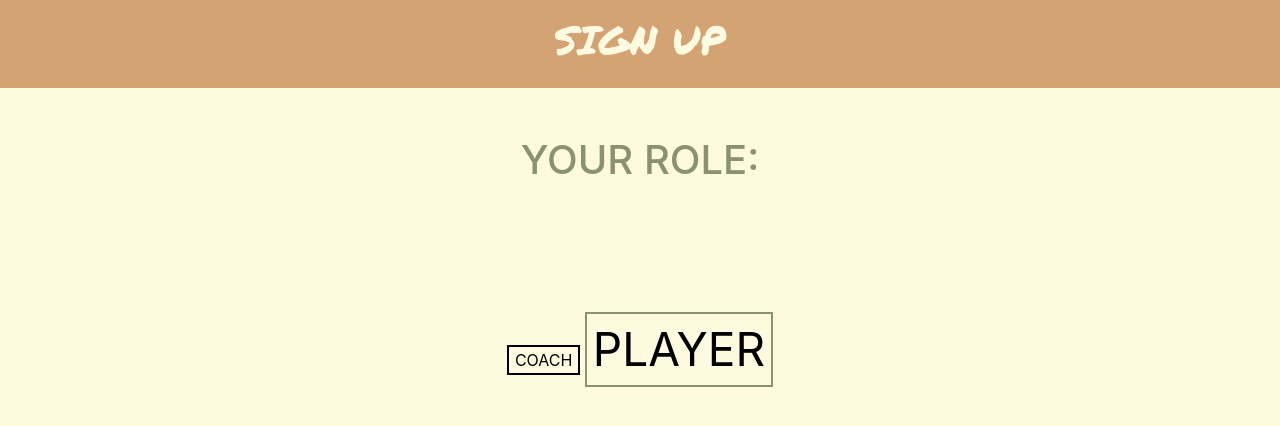
Repository: Aryaholmukhe/treasureHacks
Page: http://localhost/signup
These files come from the project's save history. The page is drawn as it stood at one moment and after a run of saves; the edit follows.
The browser window is 1280 px wide. The pictures show the whole page.
The page is served by the project's Node server (server.js).

Above is the page before, as saved 2022-03-27 00:31:16.

### views/signup/signup.ejs
<html lang="en">
<head>
    <meta charset="UTF-8">
    <meta http-equiv="X-UA-Compatible" content="IE=edge">
    <meta name="viewport" content="width=device-width, initial-scale=1.0">
    <link rel="stylesheet" href="https://cdn.jsdelivr.net/npm/bootstrap@4.6.1/dist/css/bootstrap.min.css">
    <script src="https://cdn.jsdelivr.net/npm/jquery@3.6.0/dist/jquery.slim.min.js"></script>
    <script src="https://cdn.jsdelivr.net/npm/popper.js@1.16.1/dist/umd/popper.min.js"></script>
    <script src="https://cdn.jsdelivr.net/npm/bootstrap@4.6.1/dist/js/bootstrap.bundle.min.js"></script>
    <link rel="preconnect" href="https://fonts.googleapis.com">
    <link rel="preconnect" href="https://fonts.gstatic.com" crossorigin>
    <link href="https://fonts.googleapis.com/css2?family=Permanent+Marker&display=swap" rel="stylesheet">
    <title>SIGN UP</title>
</head>
<body style="background-color: #FEFAE0">
    <div class="pt-3 pb-3" style="background-color: #D4A373; font-family: 'Permanent Marker', cursive; color: #FEFAE0">
        <h1 class="text-center">SIGN UP</h1>
    </div>

    <h1 class="text-center mt-5" style="color: #8A926F">YOUR ROLE:</h1>

    <div class="text-center" style="margin-top: 10%">
    <a href="./coach" ><button style="color: font-size: 46px; border: 2px solid ; background-color: transparent; background-color: transparent" name="coach">COACH</button></a>
    <a  href="./player"><button style="font-size: 46px; border: 2px solid #8A926F; background-color: transparent" name="player">PLAYER</button></a>
    </div>

</body>
</html>

### server.js
//jshint esversion:6

const express = require("express");
const bodyParser = require("body-parser");
const mongoose = require("mongoose");
const _ = require("lodash");
const { join } = require("path");
require("dotenv").config();
const app = express();

// TWILIO STUFF

const accountSID = process.env.ACCOUNT_SID;
const authToken = process.env.AUTH_TOKEN;

const client = require('twilio')(accountSID, authToken);


app.set('view engine', 'ejs');

app.use(bodyParser.urlencoded({ extended: true }));
app.use(express.static("public"));

app.get("/auth_config.json", (req, res) => {
    res.sendFile(join(__dirname, "/auth_config.json"));
})

// for each team member
mongoose.connect("mongodb://localhost:27017/teamMembersDB", { useNewUrlParser: true });

const membersSchema = new mongoose.Schema({
    name: String,
    role: String,
    age: Number,
    email: String,
    phone: String,
    progress: []
});

let members = [];
let progressArr = []

const Member = mongoose.model("Member", membersSchema);

// to identify teams
const teamSchema = new mongoose.Schema({
    coachName: String,
    team: [{ name: String }, { sport: String }]
})

const progressSchema = new mongoose.Schema({
    progress: []
})
const Team = mongoose.model("Team", teamSchema);
const Progress = mongoose.model("Progress", progressSchema)
// When no members are present
const noMember = new Member({
    name: "No members yet"
})
const noProgress = new Progress({
    progress: ["No progress yet, add some"]
})


// get requests

app.get("/signup", (req, res) => {
    res.render("signup/signup")
})
let person = "";
app.get("/coach", (req, res) => {
    person = "Coach"
    res.render("signup/coach");
})

app.get("/player", (req, res) => {
    person = "Team Member"
    res.render("signup/player")
})

app.get("/", (req, res) => {
    Member.find({}, function (err, foundMembers) {

        if (foundMembers.length === 0) {
            members.push(noMember)
            Member.insertMany(members, function (err) {
                if (err) {
                    console.log(err);
                } else {
                    console.log("Successfully saved members to DB.");
                }
            });
            // res.redirect("/");
        } else {
            Member.deleteOne({ "name": "No members yet" }, (err, person) => {
                if (err) return handleError(err);
            })
            res.render('index', { allMembers: foundMembers, person: person })
        }
    });
})

app.get("/:personName", function (req, res) {
    const personName = _.capitalize(req.params.personName);

    Member.findById(personName, (err, per) => {
        if (!err) {
              console.log(per)
            res.render('account', { personInfo: per});
        } else {
            console.log(err)
        }
    })
});


// post requests


app.post("/", (req, res) => {

    const playerName = req.body.newPlayer;
    const role = req.body.newRole;
    const age = req.body.age;
    const phoneNumber = req.body.phoneNumber;
    const player = new Member({
        name: playerName,
        role: role,
        age: age,
        phone: phoneNumber
    })
    player.save();
    res.redirect("/")
})

app.post("/delete", function (req, res) {
    const checkedItemId = req.body.checkbox;

    Member.findByIdAndRemove(checkedItemId, function (err) {
        if (!err) {
            console.log("Successfully deleted checked item.");
            res.redirect("/");
        } else {
            console.log(err)
        }
    });


});

app.post("/coach", (req, res) => {
    const coachName = req.body.coachName;
    const teamName = req.body.teamName;
    const sportType = req.body.sportType;
    teams = new Team({
        coachName: coachName,
        team: [{ name: teamName, sport: sportType }]
    })
    res.redirect("/")
})

app.post("/player", (req, res)=>{
    const playerName = req.body.newPlayer;
    const role = req.body.newRole;
    const age = req.body.age;
    const phoneNumber = req.body.phoneNumber;
    const player = new Member({
        name: playerName,
        role: role,
        age: age,
        phone: phoneNumber
    })
    player.save();
    res.redirect("/")
})

app.post("/announcements", (req, res) => {
    const message = req.body.message;
    members.forEach(member => {
        if (member.phone) {
            client.message.create({
                to: member.phone,
                from: process.env.TWILIO_PHONE_NUMBER, //is this going to be dynamic?
                body: message
            }).then((message) => {
                console.log(message.sid)
            });
            res.redirect("/")
        } else {
            res.redirect("/")
        }
    })

})


app.listen(3000, function () {
    console.log("Server started on port 3000");
});

After the next 3 saves:
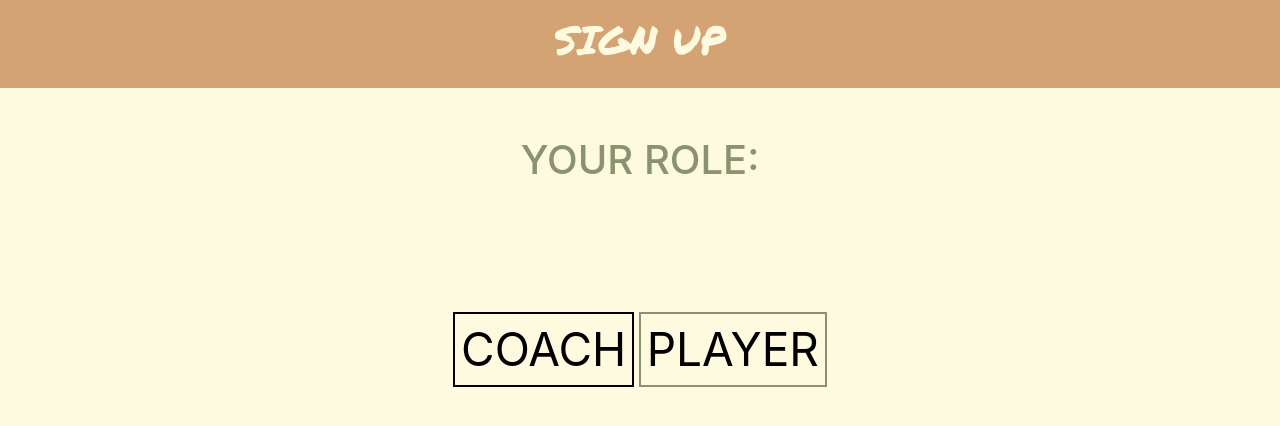
The 3 saves are shown as one change because they came seconds apart.
The last was saved 9 s later.
--- a/views/signup/signup.ejs
+++ b/views/signup/signup.ejs
@@ -20,7 +20,7 @@
     <h1 class="text-center mt-5" style="color: #8A926F">YOUR ROLE:</h1>
 
     <div class="text-center" style="margin-top: 10%">
-    <a href="./coach" ><button style="color: font-size: 46px; border: 2px solid ; background-color: transparent; background-color: transparent" name="coach">COACH</button></a>
+    <a href="./coach" ><button style="background-color: transparent; font-size: 46px; border: 2px solid ; background-color: transparent; background-color: transparent" name="coach">COACH</button></a>
     <a  href="./player"><button style="font-size: 46px; border: 2px solid #8A926F; background-color: transparent" name="player">PLAYER</button></a>
     </div>
 
